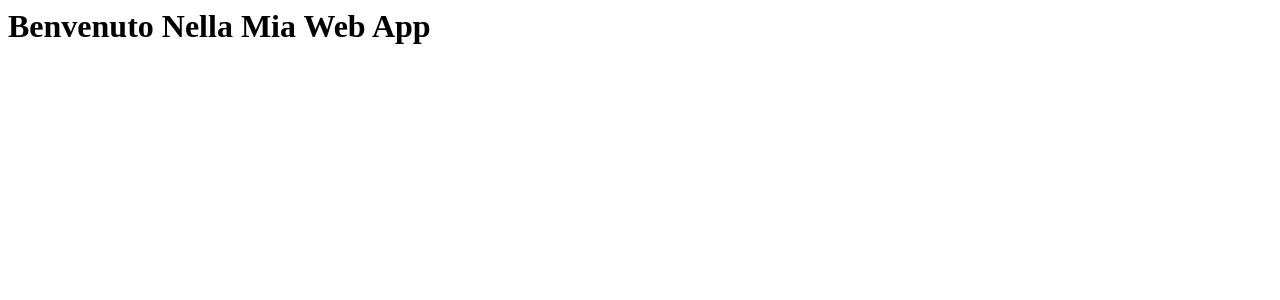
Repository: PcarloP/java_se
Page: http://localhost/anagraficaweb/jsp/header.jsp
An editor plug-in stored every save of this project. The page is shown before and after the next save, followed by the edit.
The browser window is 1280 px wide. The pictures show the whole page.
The page is served by Tomcat 10. Other server files are loaded and not shown.

Above is the page before, as saved 2025-06-22 10:53:18.

### anagraficaweb/WebContent/jsp/header.jsp
<!-- header.jsp -->
<h1>Benvenuto Nella Mia Web App</h1>

After the next save:
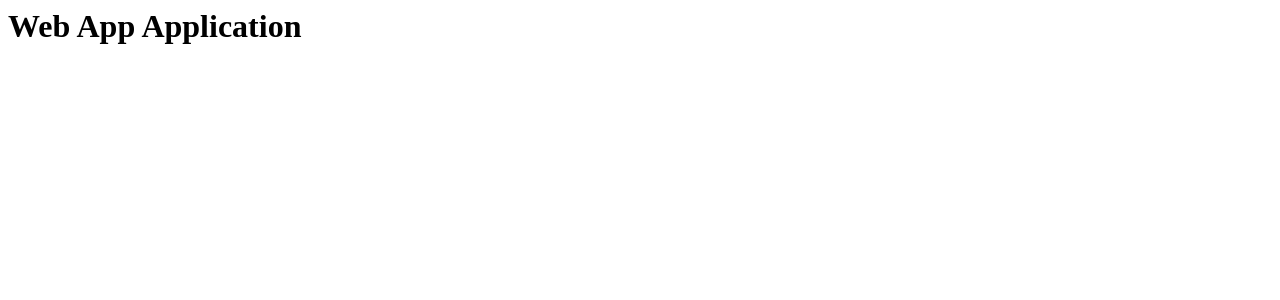
Saved 2 min 18 s later.
--- a/anagraficaweb/WebContent/jsp/header.jsp
+++ b/anagraficaweb/WebContent/jsp/header.jsp
@@ -1,2 +1,2 @@
 <!-- header.jsp -->
-<h1>Benvenuto Nella Mia Web App</h1>
+<h1>Web App Application</h1>
